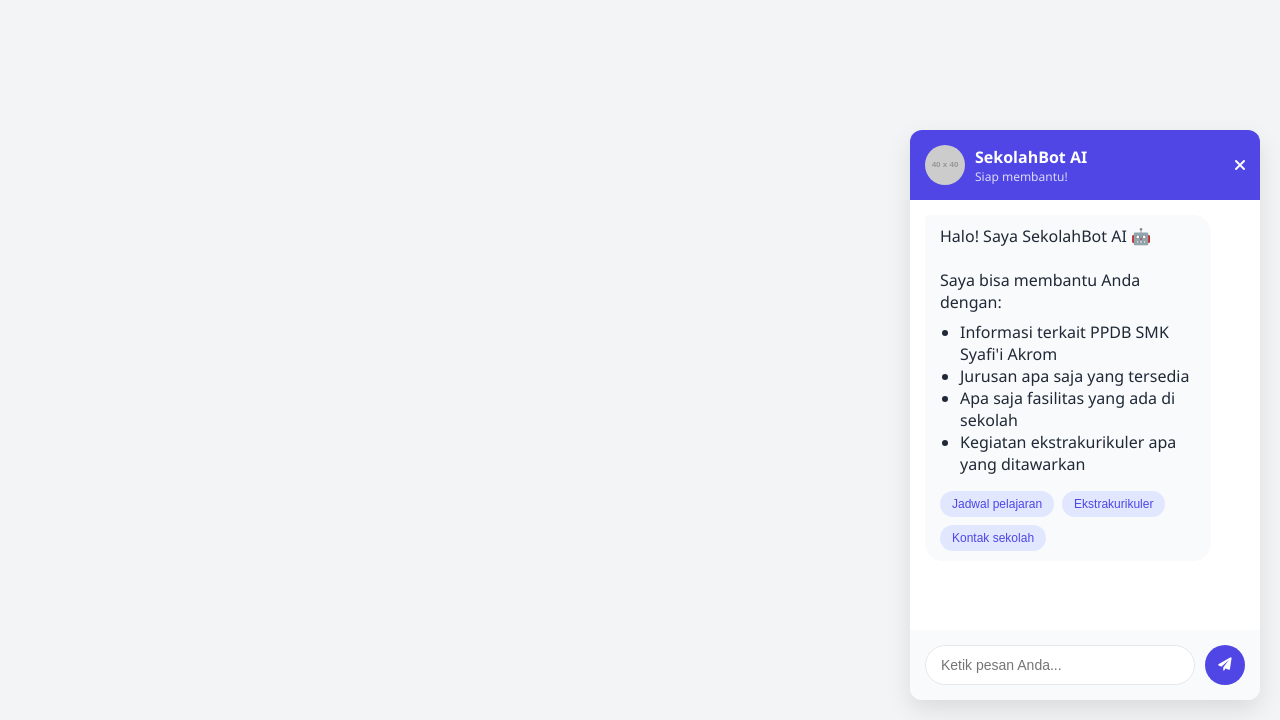
Repository: mufti-1448/Chat-Bot
Page: public/index.html
These files come from the project's save history. The page is drawn as it stood at one moment and after a run of saves; the edit follows.
The browser window is 1280 px wide. The pictures show the whole page.

Above is the page before, as saved 2025-08-21 08:50:11.

After the next 3 saves:
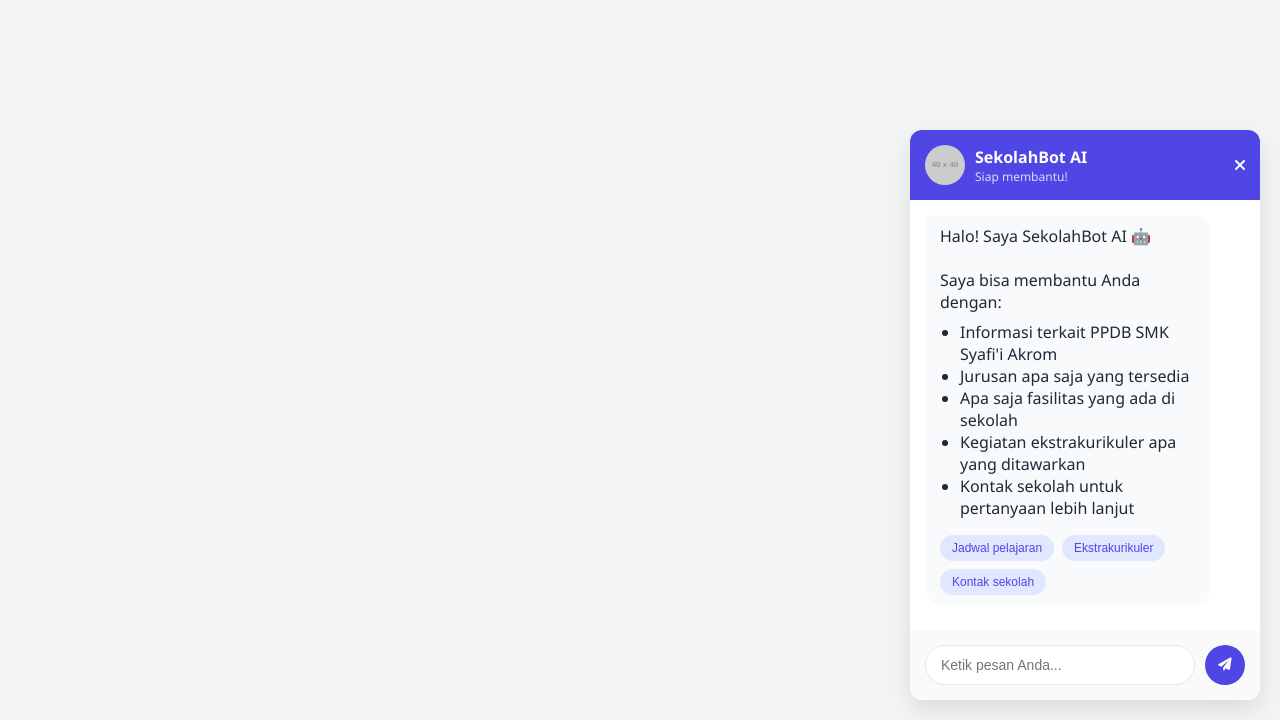
The 3 saves are shown as one change because they came seconds apart.
The last was saved 9 s later.
--- a/public/index.html
+++ b/public/index.html
@@ -222,7 +222,7 @@
                     <li>Jurusan apa saja yang tersedia</li>
                     <li>Apa saja fasilitas yang ada di sekolah</li>
                     <li>Kegiatan ekstrakurikuler apa yang ditawarkan</li>
-
+                    <li>Kontak sekolah untuk pertanyaan lebih lanjut</li>
                 </ul>
                 <div class="quick-replies">
                     <button class="quick-reply-btn">Jadwal pelajaran</button>
